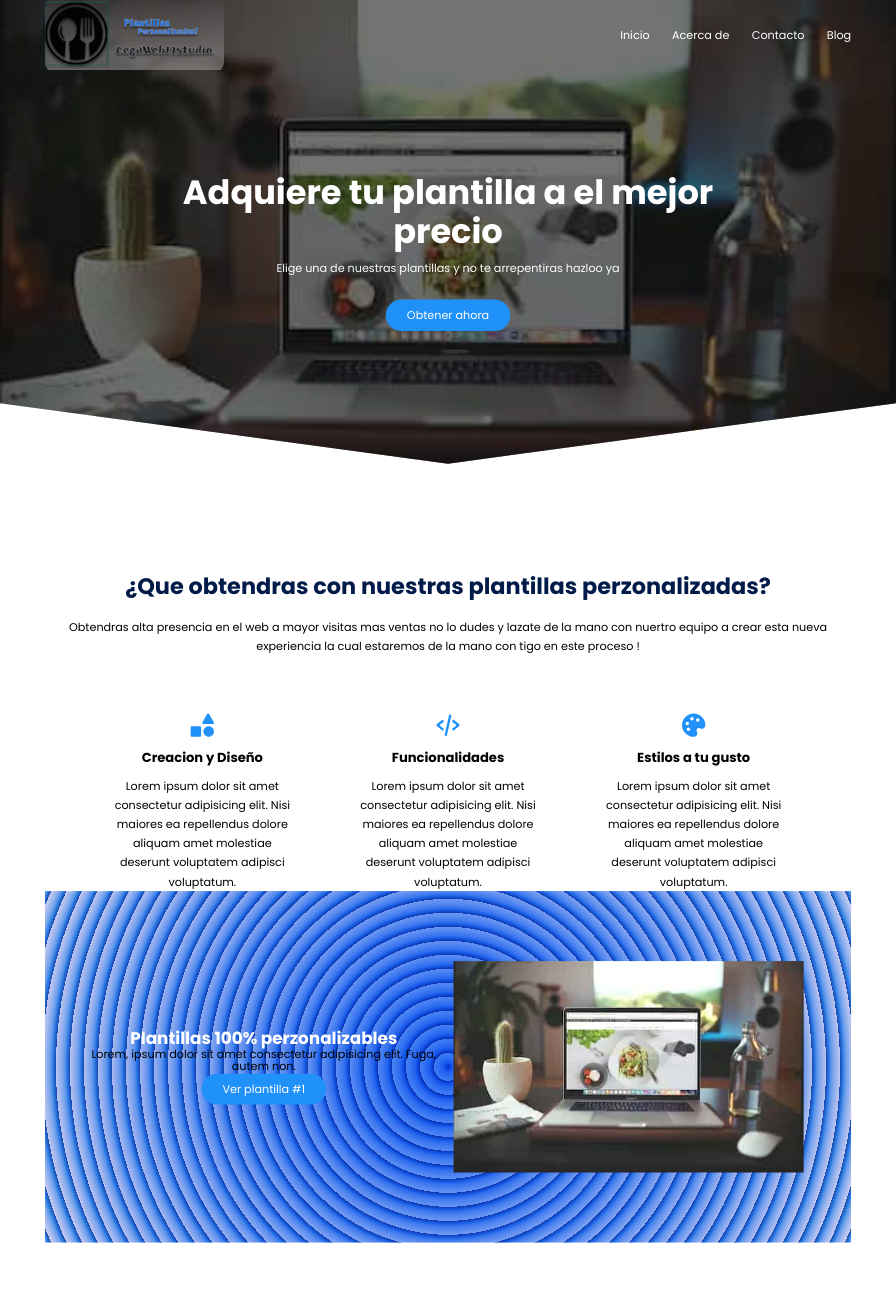
Repository: cega17/una-pagina-web
Page: index.html
The author's editor kept a copy of each file at every save. The page is drawn from the files as they stood at one save, then again after the next save.
The browser window is 1280 px wide. The pictures show the whole page, at 70% of full size.

Above is the page before, as saved 2023-10-30 09:37:39.

After the next save:
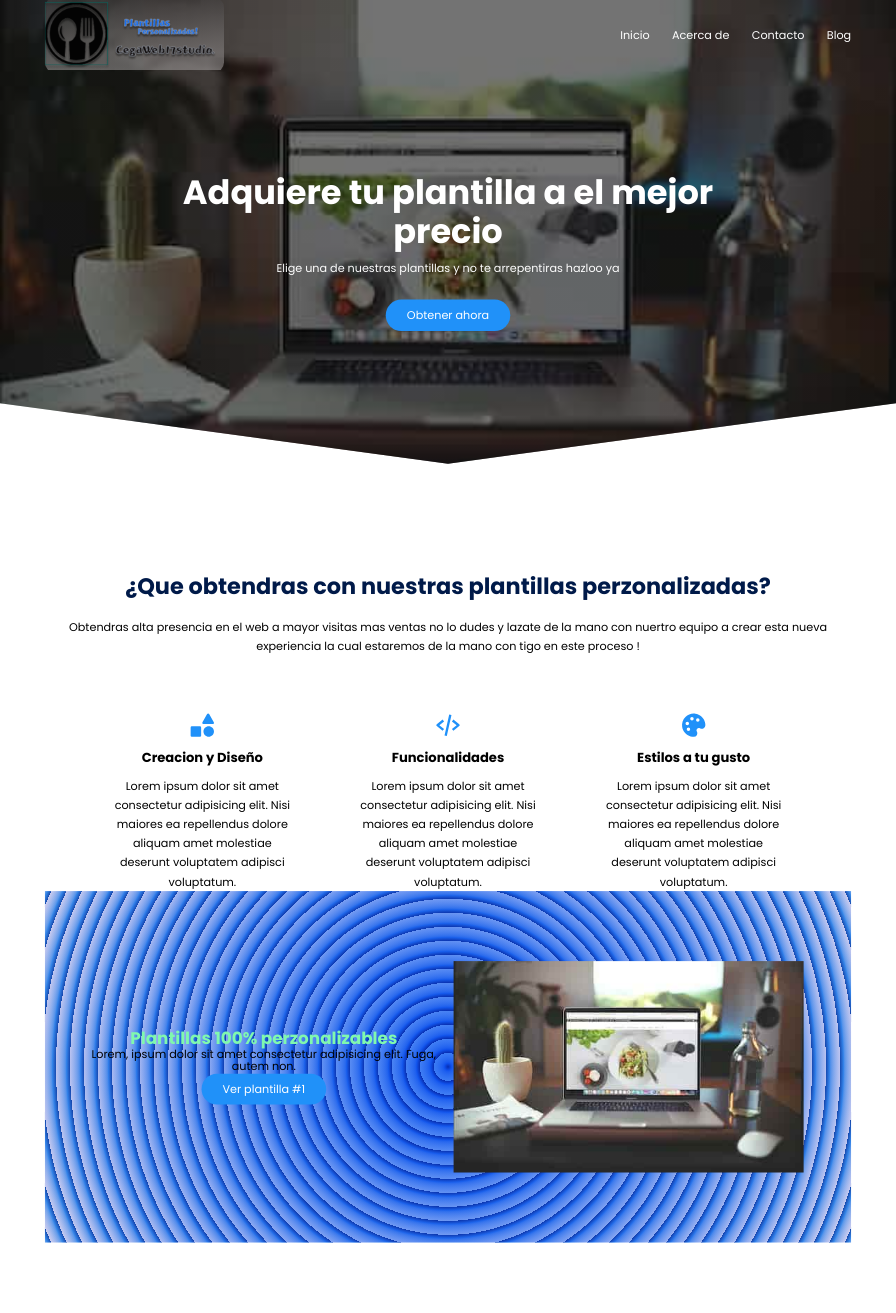
Saved 25 s later.
--- a/css/styles.css
+++ b/css/styles.css
@@ -173,7 +173,7 @@ body {
 
 }
 .subtitle__knowledge{
-    color: white;
+    color: rgb(128, 248, 174);
 }
 .knowledge__picture{
     max-width: 500px;
